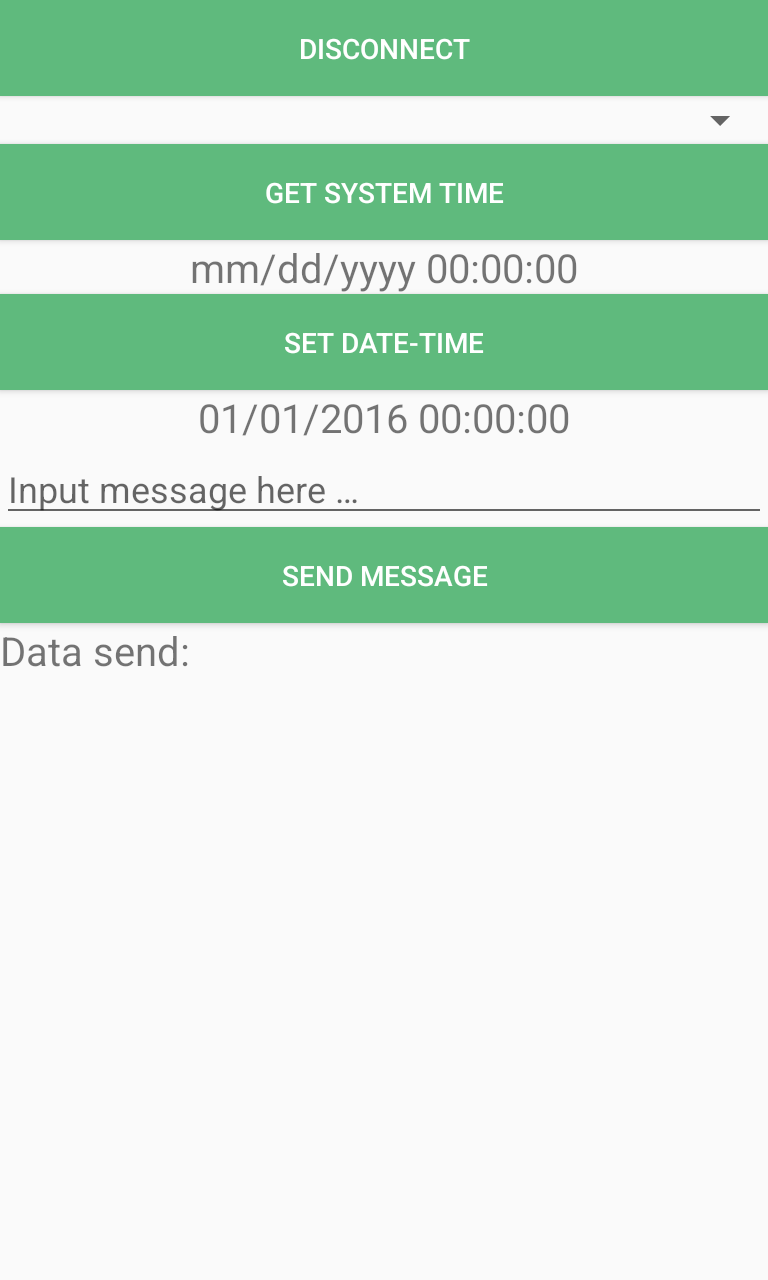
Repository: FisherKei/EclipseWorkspace
Layout: PIC_HC05_DS1307/PIC_HC06_DS1307/res/layout/timer_ds1307.xml
An editor plug-in stored every save of this project. The layout is shown before and after the next save, followed by the edit.
It is drawn on a 768 x 1280 px phone screen (xhdpi) without system bars, with theme AppTheme; the app's code is not run.

Above is the layout before, as saved 2016-06-27 12:56:53.

After the next save:
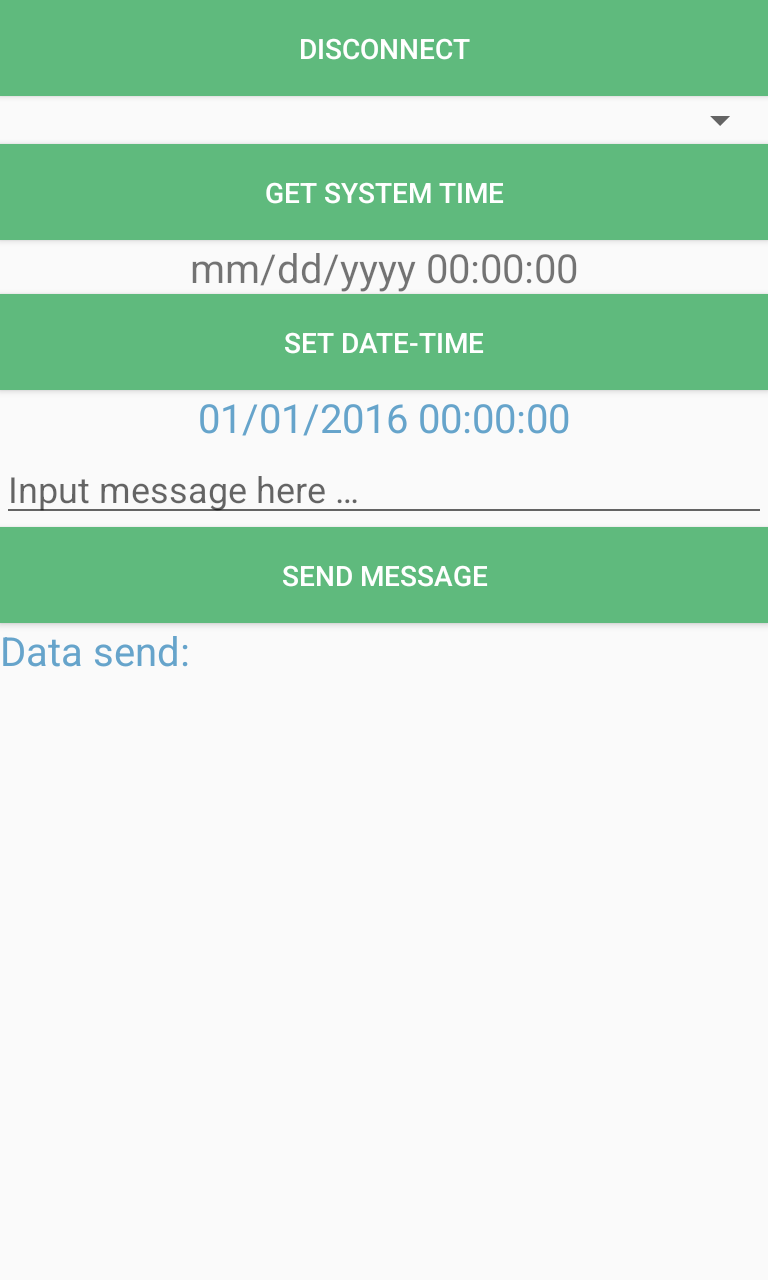
Saved 116 s later.
--- a/PIC_HC05_DS1307/PIC_HC06_DS1307/res/layout/timer_ds1307.xml
+++ b/PIC_HC05_DS1307/PIC_HC06_DS1307/res/layout/timer_ds1307.xml
@@ -47,6 +47,7 @@
         android:id="@+id/txtvTimeSelected"
         android:layout_width="wrap_content"
         android:layout_height="wrap_content"
+        android:textColor="#66A4CB"
         android:layout_gravity="center_horizontal"
         android:text="@string/strInitialDateTime"
         android:textSize="20sp" />
@@ -69,6 +70,7 @@
     <TextView
         android:layout_width="match_parent"
         android:layout_height="wrap_content"
+        android:textColor="#66A4CB"
         android:text="@string/strTxtvShowSendData"
         android:textSize="20sp" />
 
@@ -80,6 +82,7 @@
             android:id="@+id/txtvMessages"
             android:layout_width="match_parent"
             android:layout_height="wrap_content"
+            android:textColor="#66A4CB"
             android:text=""/>
     </ScrollView>
 
